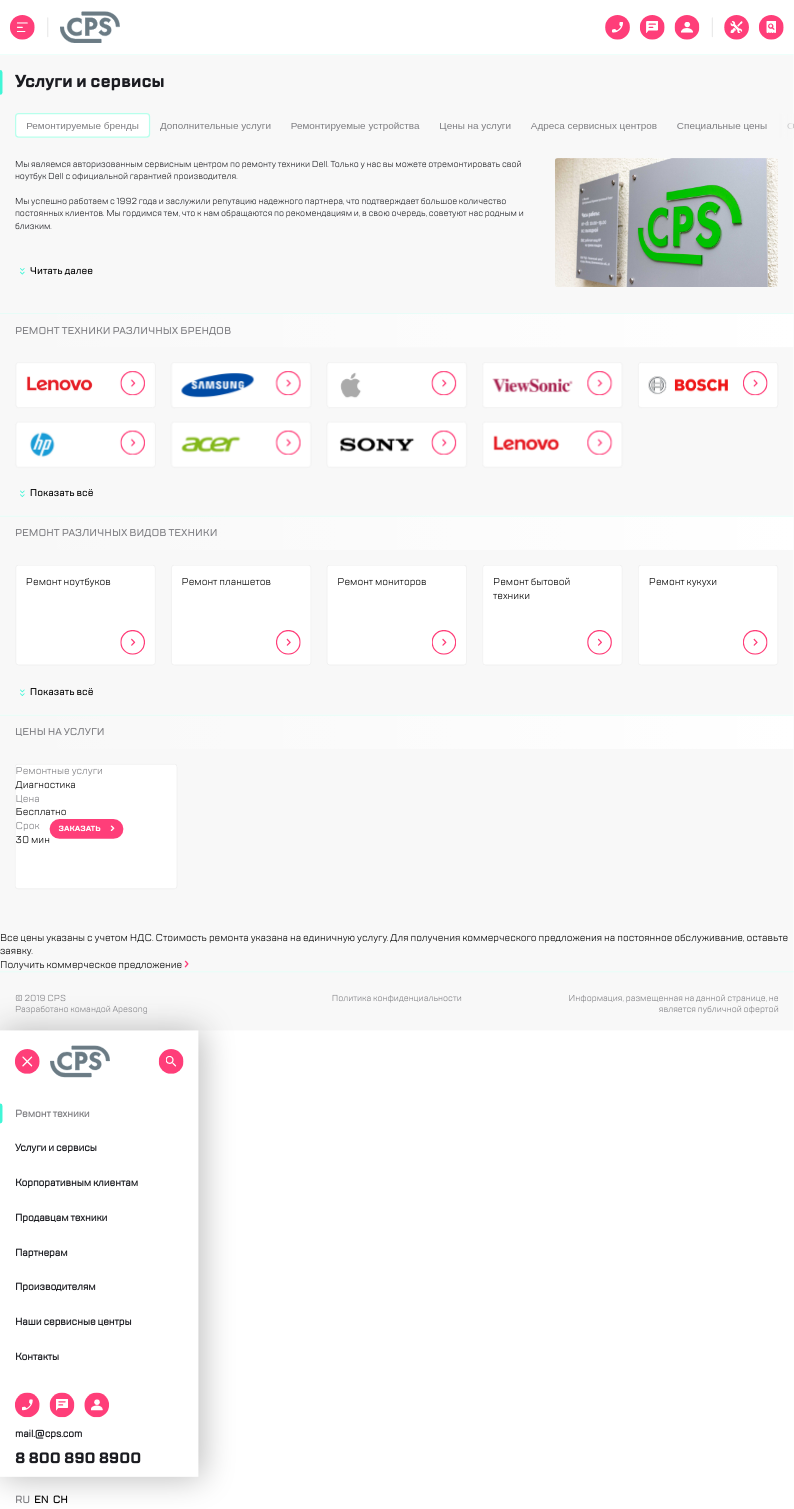
Repository: Dedoxa/WebCoreF
Page: /
These files come from the project's save history. The page is drawn as it stood at one moment and after the next save; the edit follows.
The browser window is 1280 px wide. The pictures show the whole page, at 62% of full size.
The project was rebuilt for these pictures with package versions that can differ from the ones it lists, and the page was loaded fresh each time. Also part of the build but not shown: webpack.config.js.

Above is the page before, as saved 2024-06-15 20:03:33.

After the next save:
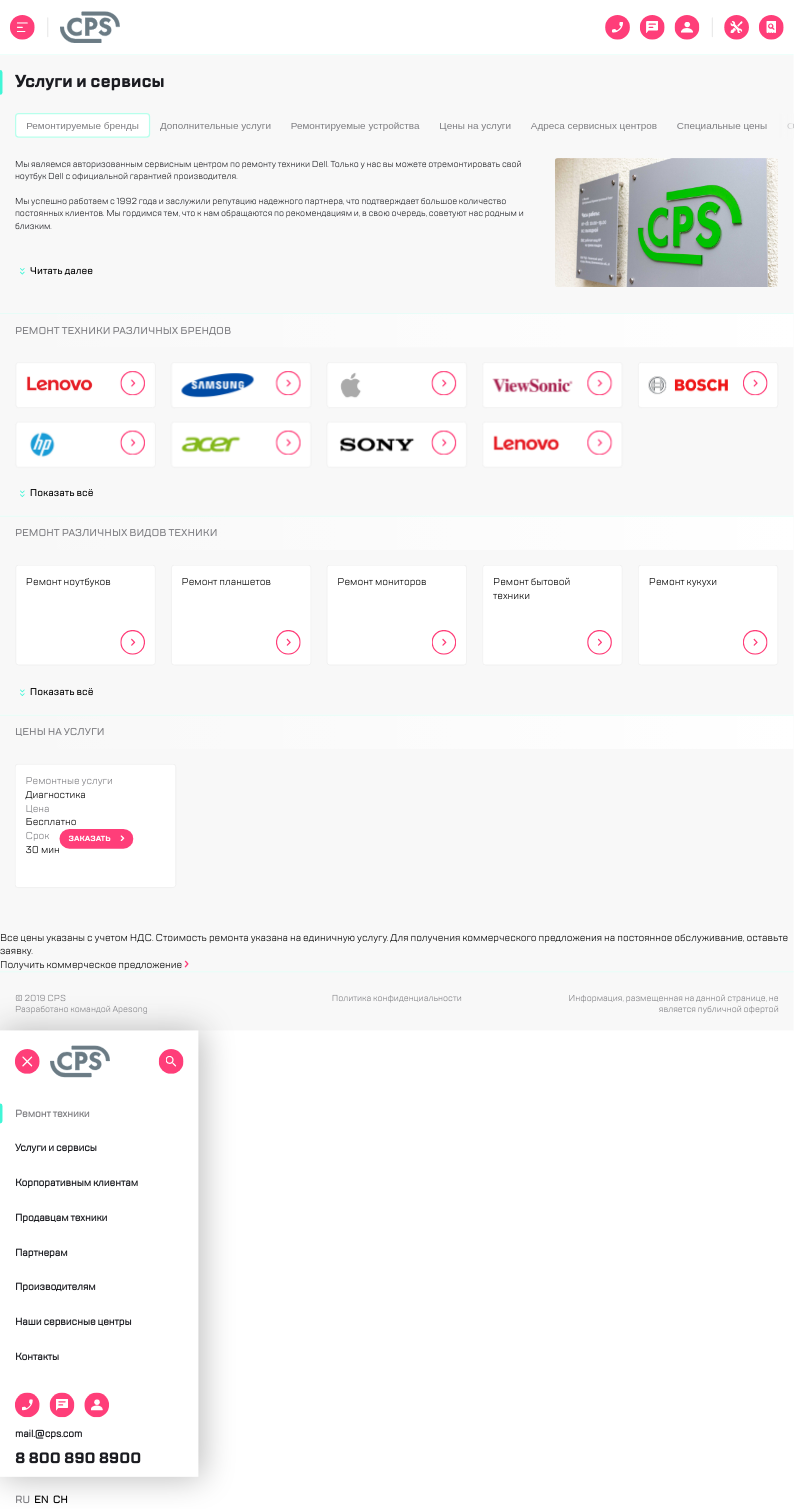
Saved 84 s later.
--- a/src/scss/plates.scss
+++ b/src/scss/plates.scss
@@ -182,6 +182,7 @@
   }
 
   .plates__price-plate {
+    box-sizing: border-box;
     display: flex;
     flex-direction: column;
     width: 260px;
@@ -191,6 +192,7 @@
     border: 1px solid #eaeaea;
     transition: background-color 0.1s linear;
     margin: 0 auto;
+    padding: 16px;
 
     &:hover {
       background-color: #00000014;
